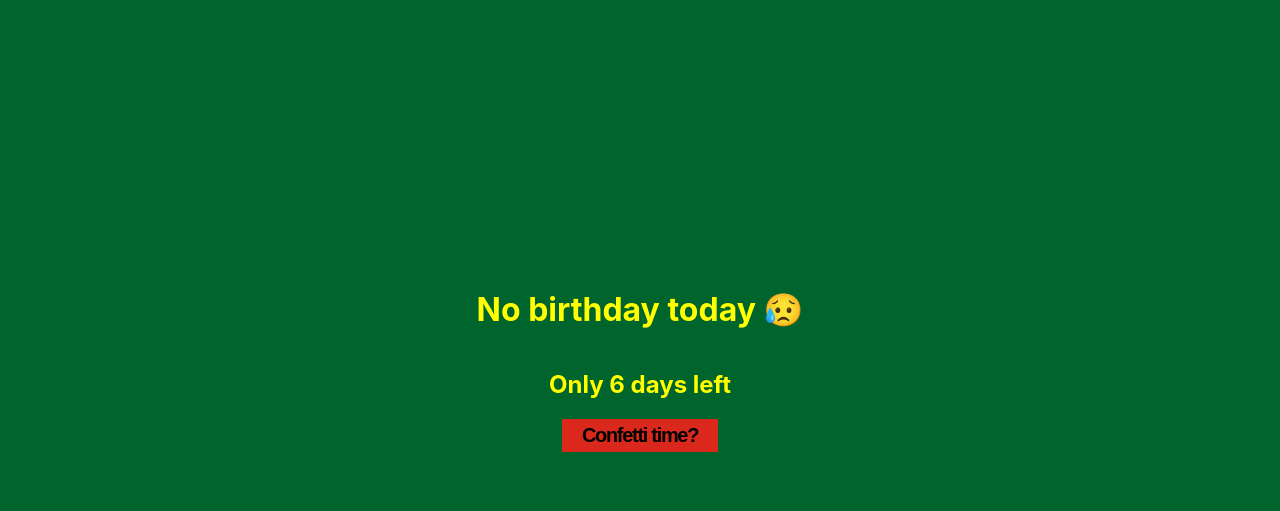
Repository: David-Waite/HannahsBirthdayWebsite
Page: /
An editor plug-in stored every save of this project. The page is shown before and after the next save, followed by the edit.
The browser window is 1280 px wide. The pictures show the whole page.
The project was rebuilt for these pictures with package versions that can differ from the ones it lists, and the page was loaded fresh each time.

Above is the page before, as saved 2023-03-30 18:23:23.

### src/index.css
body {
  margin: 0;
  font-family: -apple-system, BlinkMacSystemFont, "Segoe UI", "Roboto", "Oxygen",
    "Ubuntu", "Cantarell", "Fira Sans", "Droid Sans", "Helvetica Neue",
    sans-serif;
  -webkit-font-smoothing: antialiased;
  -moz-osx-font-smoothing: grayscale;
}

.App {
  width: 100vw;
  height: 100vh;
  display: flex;
  flex-direction: column;
  align-items: center;
  justify-content: center;
  background-color: #00642d;
  color: rgb(255, 255, 0);
}

button {
  border: none;
  padding: 5px 20px;
  background-color: #da291c;
  color: black;
  font-size: 20px;
  border-radius: 1px;
  font-weight: bold;
  letter-spacing: -1.3px;
}

### src/App.js
import "./App.css";

import Confetti from "react-confetti";

import { useState } from "react";

function App() {
  const [confetti, setConfetti] = useState(null);
  const [buttonText, setButtonText] = useState("Confetti time?");
  function isBirthdayToday() {
    const date = new Date();
    if (date.getMonth() === 3 && date.getDate() === 5) {
      return true;
    }
    return false;
  }

  function rainConfetti() {
    if (isBirthdayToday()) {
      setConfetti(true);
      setButtonText("Confetti time!");
    } else {
      setButtonText("no");
    }
  }

  function getDaysUntilBirthday() {
    const date = new Date();
    const hannahBday = new Date(date.getFullYear(), 3, 5);
    const hannahBdayNextYear = new Date(date.getFullYear() + 1, 3, 5);
    const oneDay = 1000 * 60 * 60 * 24;

    let daysUntilBirthday;
    if (hannahBday < date) {
      daysUntilBirthday =
        Math.ceil(hannahBdayNextYear.getTime() - date.getTime()) / oneDay;
    } else {
      daysUntilBirthday =
        Math.ceil(hannahBday.getTime() - date.getTime()) / oneDay;
    }

    return daysUntilBirthday;
  }

  // 5th april
  let birthdayText;
  if (isBirthdayToday()) {
    birthdayText = <h1>Happy birthday!🥳</h1>;
  } else {
    birthdayText = (
      <>
        <h1>No birthday today 😥</h1>
        <h2>Only {Math.ceil(getDaysUntilBirthday())} days left</h2>
      </>
    );
  }
  console.log(isBirthdayToday());
  const date = new Date();

  return (
    <div className="App">
      {confetti && <Confetti />}

      {birthdayText}
      <button onClick={rainConfetti}>{buttonText}</button>
    </div>
  );
}

export default App;

Loaded but not shown: public/index.html (common file); src/index.js (common file); src/reportWebVitals.js (common file); src/App.css (common file)

After the next save:
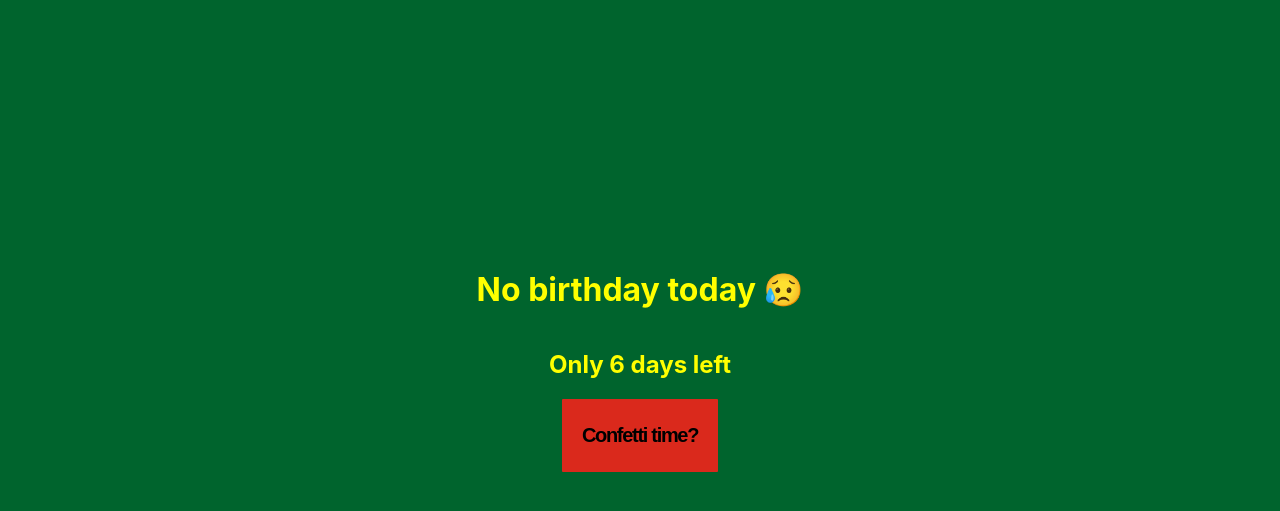
Saved 19 s later.
--- a/src/App.js
+++ b/src/App.js
@@ -62,7 +62,9 @@ function App() {
       {confetti && <Confetti />}
 
       {birthdayText}
-      <button onClick={rainConfetti}>{buttonText}</button>
+      <button onClick={rainConfetti}>
+        <p>{buttonText}</p>
+      </button>
     </div>
   );
 }
